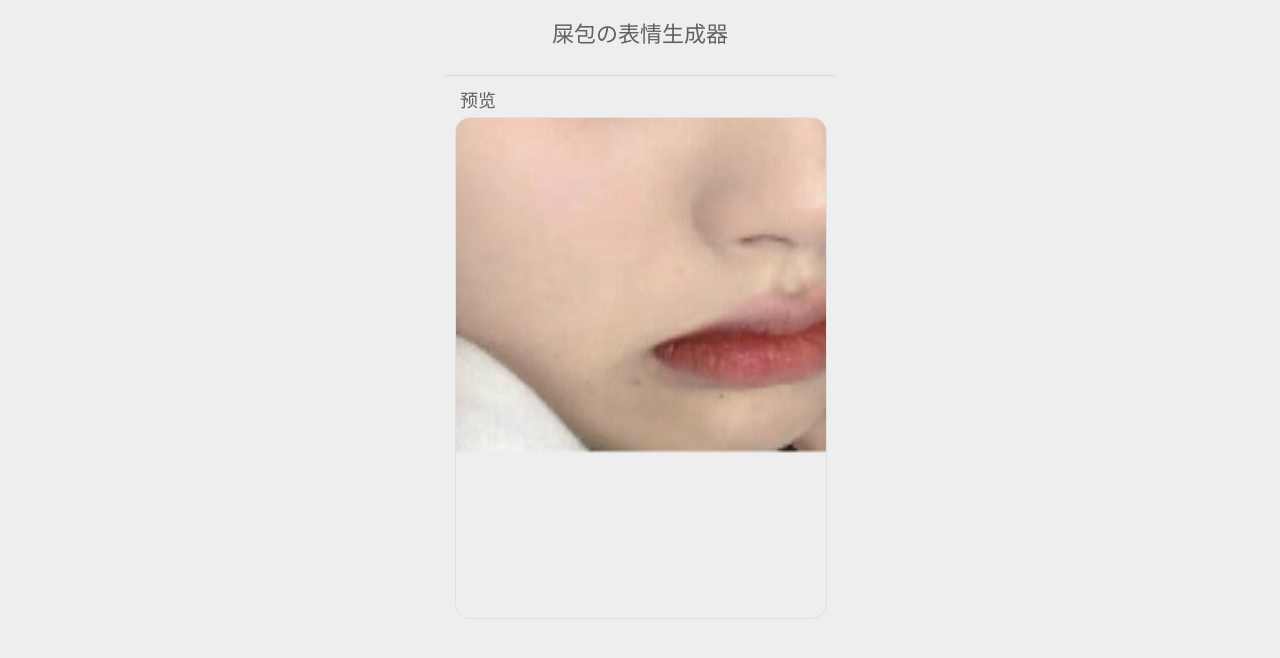
Repository: long-zuyang/shibao
Page: /
These files come from the project's save history. The page is drawn as it stood at one moment and after a run of saves; the edit follows.
The browser window is 1280 px wide. The pictures show the whole page.
The project was rebuilt for these pictures with package versions that can differ from the ones it lists, and the page was loaded fresh each time. Also part of the build but not shown: vite.config.ts.

Above is the page before, as saved 2023-06-29 21:20:57.

After the next 2 saves:
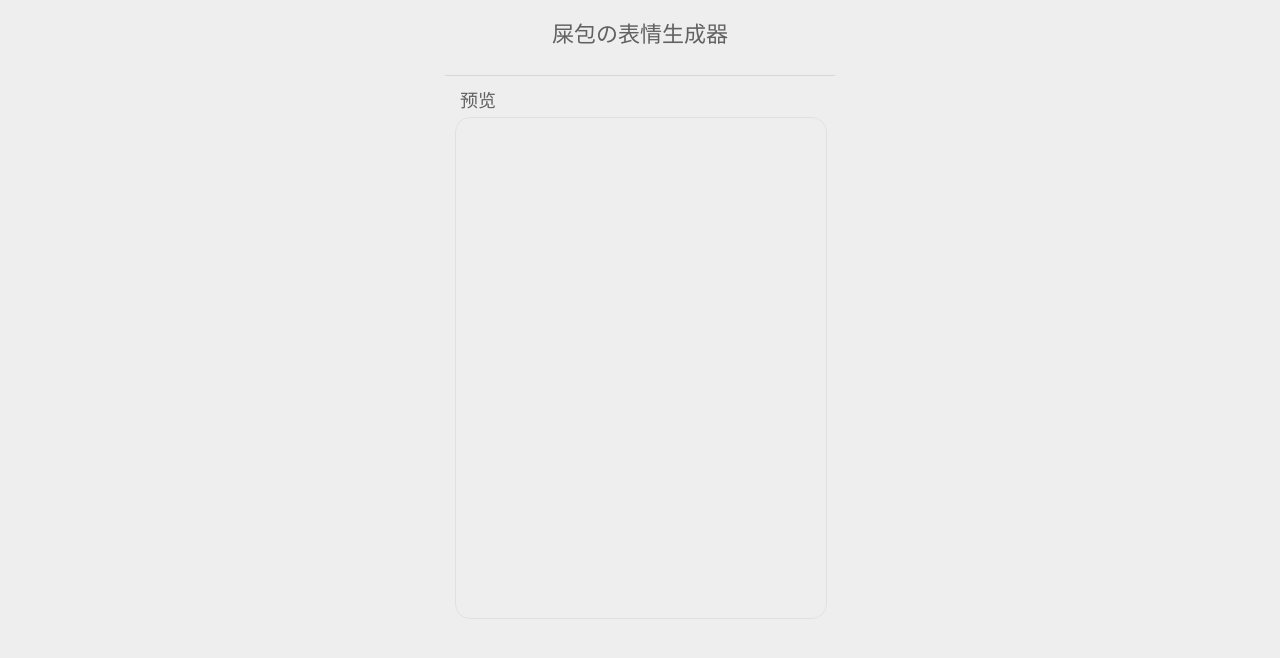
Console error: ReferenceError: x is not defined
The 2 saves are shown as one change because they came seconds apart.
The last was saved 17 s later.
--- a/src/components/CanvasDraw.tsx
+++ b/src/components/CanvasDraw.tsx
@@ -19,11 +19,8 @@
 
     // 图片加载完成后绘制图片
     img.onload = () => {
-      // const height = 100;
-      // const width = 300;
-      const size = Math.min(300, 300);
-      const x = (img.width - size) / 2;
-      const y = (img.height - size) / 2;
+      const height = 100;
+      const width = 300;
       ctx?.drawImage(img, x, y, size, size, 0, 0, 300, 100);
     };
   }, []);

After the 3 saves that followed:
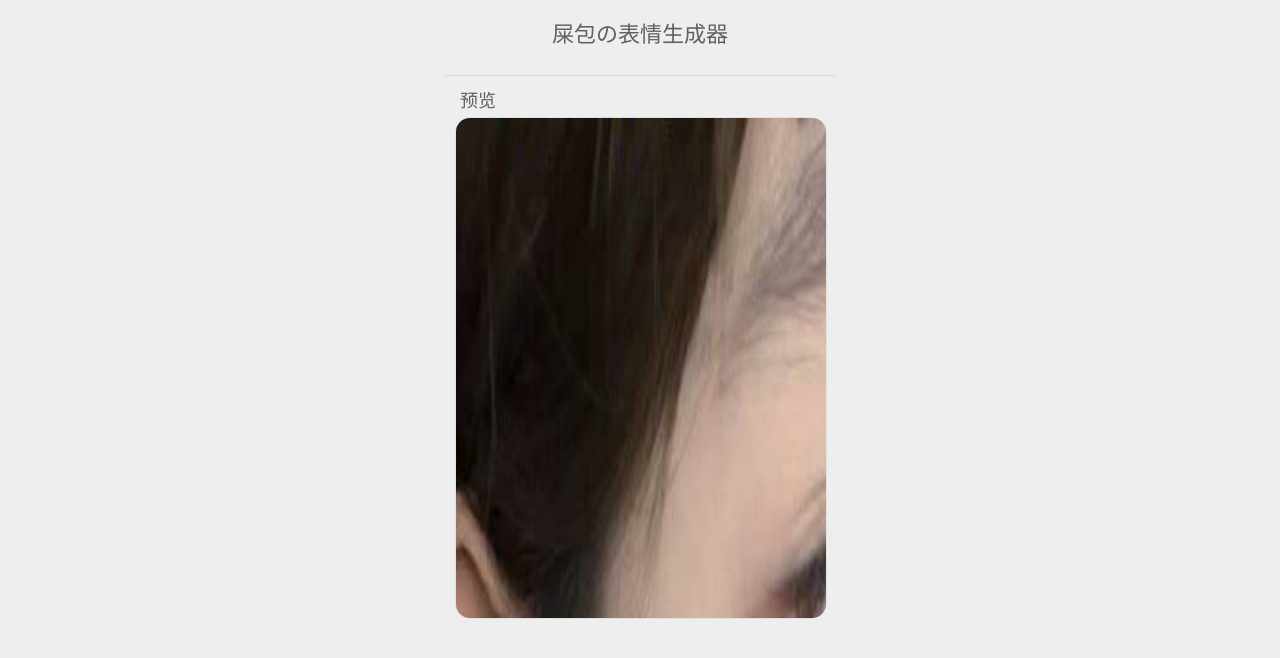
The error is gone.
The 3 saves are shown as one change because they came seconds apart.
The last was saved 8 s later.
--- a/src/components/CanvasDraw.tsx
+++ b/src/components/CanvasDraw.tsx
@@ -21,7 +21,7 @@
     img.onload = () => {
       const height = 100;
       const width = 300;
-      ctx?.drawImage(img, x, y, size, size, 0, 0, 300, 100);
+      ctx?.drawImage(img, 0, 0);
     };
   }, []);
   // if (!canvasRef.current) {
